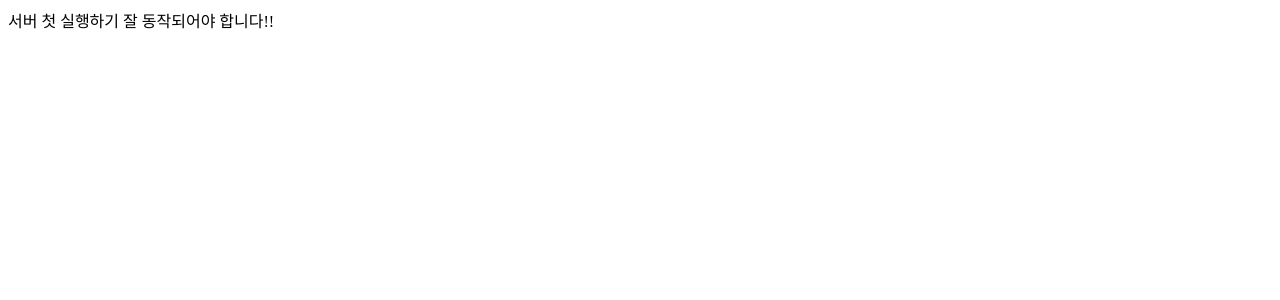
Repository: hsaar/jsworkplace
Page: http://localhost/testjsp/test00.jsp
An editor plug-in stored every save of this project. The page is shown before and after the next save, followed by the edit.
The browser window is 1280 px wide. The pictures show the whole page.
The page is served by Tomcat 9.

Above is the page before, as saved 2025-08-19 01:20:37.

### testjsp/src/main/webapp/test00.jsp
<%@ page language="java" contentType="text/html; charset=EUC-KR"
    pageEncoding="EUC-KR"%>
<!DOCTYPE html>
<html>
<head>
<meta charset="EUC-KR">
<title>Insert title here</title>
</head>
<body>
	서버 첫 실행하기
	잘 동작되어야 합니다!!
</body>
</html>

After the next save:
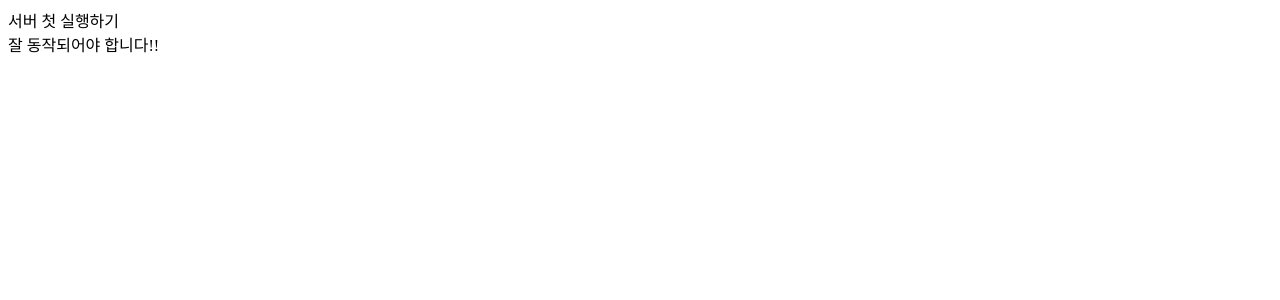
Saved 2 min 48 s later.
--- a/testjsp/src/main/webapp/test00.jsp
+++ b/testjsp/src/main/webapp/test00.jsp
@@ -7,7 +7,7 @@
 <title>Insert title here</title>
 </head>
 <body>
-	서버 첫 실행하기
+	서버 첫 실행하기<br>
 	잘 동작되어야 합니다!!
 </body>
 </html>
